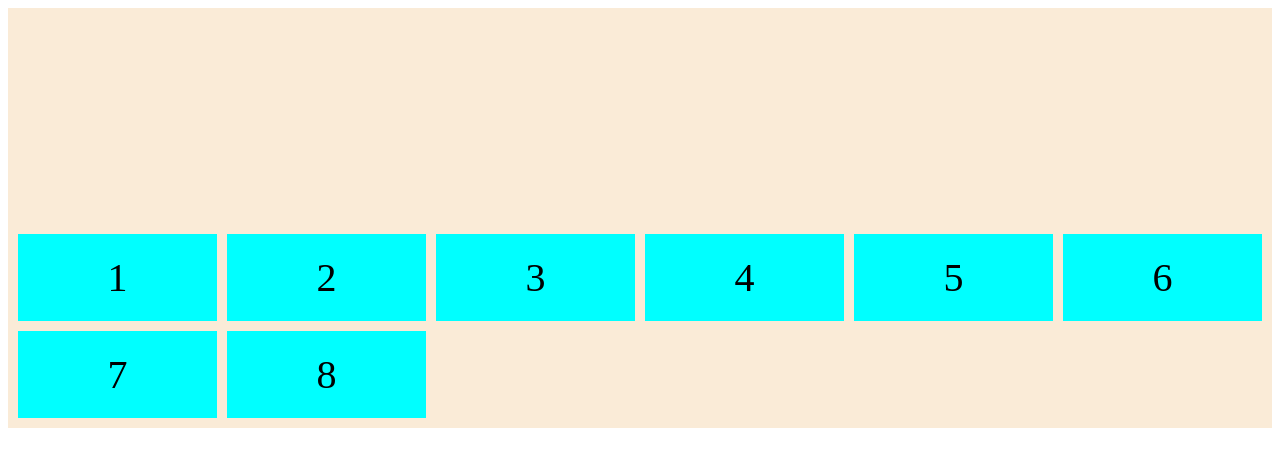
Repository: Thonghehe/Lab1_WEB106
Page: index11.html
An editor plug-in stored every save of this project. The page is shown before and after the next save, followed by the edit.
The browser window is 1280 px wide. The pictures show the whole page.

Above is the page before, as saved 2024-03-05 18:01:02.

### index11.html
<!DOCTYPE html>
<html lang="en">

<head>
    <meta charset="UTF-8">
    <meta name="viewport" content="width=device-width, initial-scale=1.0">
    <title>Document</title>
    <link rel="stylesheet" href="./style.css">
</head>

<body>
    <div class="grid-container">
        <div class="item1">1</div>
        <div class="item2">2</div>
        <div class="item3">3</div>
        <div class="item4">4</div>
        <div class="item5">5</div>
        <div class="item6">6</div>
        <div class="item7">7</div>
        <div class="item8">8</div>
    </div>
</body>

</html>

### style.css
.grid-container {
    display: grid;
    height: 400px;
    align-content: end;
    grid-template-columns: auto auto auto auto auto auto;
    gap: 10px;
    background-color: antiquewhite;
    padding: 10px;
}

.grid-container>div {
    background-color: aqua;
    text-align: center;
    padding: 20px;
    font-size: 40px;
}

After the next save:
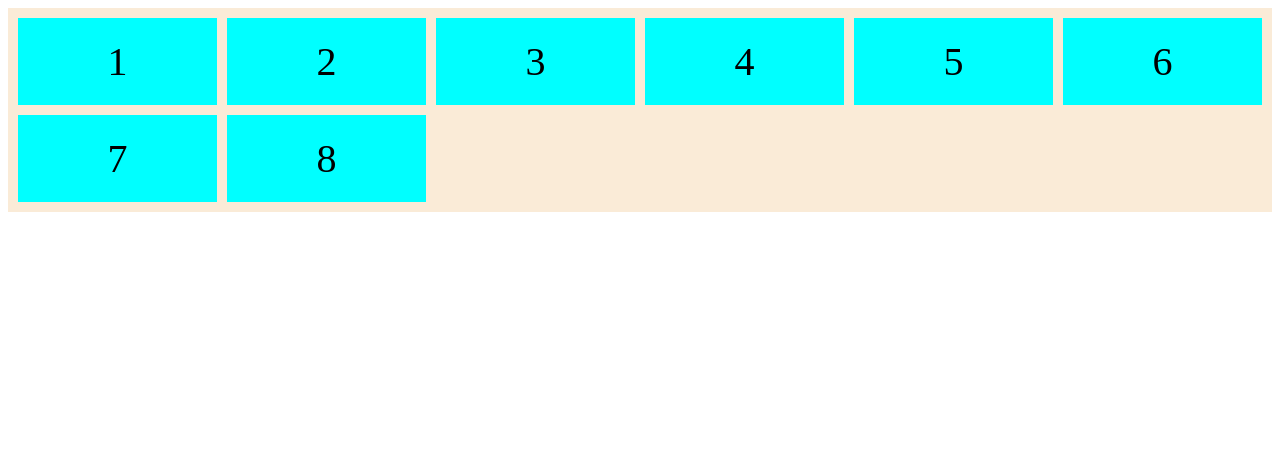
Saved 19 s later.
--- a/style.css
+++ b/style.css
@@ -1,7 +1,5 @@
 .grid-container {
     display: grid;
-    height: 400px;
-    align-content: end;
     grid-template-columns: auto auto auto auto auto auto;
     gap: 10px;
     background-color: antiquewhite;
